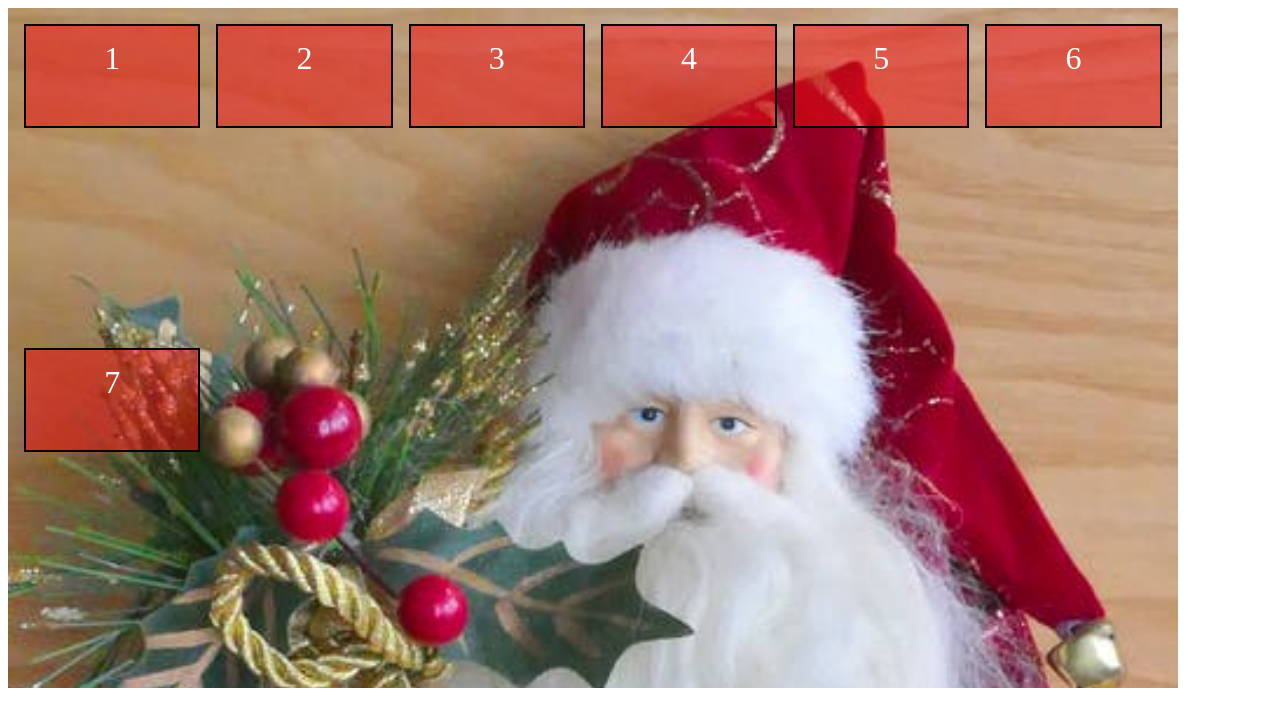
Repository: hindrik40/julprogram-js
Page: advent.html
These files come from the project's save history. The page is drawn as it stood at one moment and after the next save; the edit follows.
The browser window is 1280 px wide. The pictures show the whole page.

Above is the page before, as saved 2021-12-30 16:25:10.

### advent.html
<!DOCTYPE html>
<html lang="en">
<head>
    <meta charset="UTF-8">
    <meta http-equiv="X-UA-Compatible" content="IE=edge">
    <meta name="viewport" content="width=device-width, initial-scale=1.0">
    <link rel="stylesheet" href="advent.css">
    <title>julkalender drag and drop</title>
</head>
<body>
    <main id="adventCalender">


    </main>
    <script src="advent.js"></script>
</body>
</html>

### advent.css
main#adventCalender{
    width: 90%;
    height: 90vh;
    background-image: url(images/jul6.jpeg);
    background-size: cover;
    display: grid;
     grid-template-columns: repeat(6, 1fr);
    column-gap: 1rem;
    padding:1rem;
    /* grid-template-rows: repeat(3, 1fr); */
}
main div{
   min-width: 50px;
   min-height: 100px;
   height: 4rem;
    border:solid 2px rgb(12, 1, 1);
    background-color: rgba(245, 12, 12, 0.5);
    font-size:2rem;
    text-align: center;
    vertical-align: middle;
    line-height: 4rem;
    cursor: pointer;
    /* background-image: url(images/jul.gif); */
    background-size: 100%;
    color:white;


}

### advent.js
//!variabler luckor
//!DOM element
const adventCalender = document.getElementById("adventCalender");
//!variabler for the days in a array luckor med bilder
let doors = ["jul1.jpeg", "jul2.gif", "jul3.jpeg", "jul4.jpeg", "jul5.jpeg", "jul6.jpeg","jul7.gif"];
//!variabler for the days in a array luckor med bilder
//!Itererar igenom arrayen och skapa en räknare
let counter = 1;
doors.forEach((door) => {
    console.log(counter, door);
    //!skapa en div för varje bild
    let div = document.createElement("div");
    //!lägg till en siffra i elementet
    div.textContent = counter;
    //!Använd ett attribut för att kunna ändra bilden
    div.setAttribute("data-image", "images/" + door);
    div.setAttribute("draggable", "true");
    div.id = "n" + counter;

    //!Lägg till kalendern
    adventCalender.appendChild(div);

    counter++;
});
//!Hantera händelser

adventCalender.addEventListener('click', function (event) {
    console.log(event.target);
    //!vilken bild ska visas
    let image = event.target.getAttribute("data-image");
    console.log("image:", image);
    //visa bilden som backgrund
    //!Kontrollera att endast div element kan byta egenskaper

    if (event.target.tagName === "DIV") {
        event.target.style.backgroundImage = "url(" + image + ")";
    }
});


//Drag and drop
adventCalender.addEventListener('dragstart', function (event) {
    console.log("dragstart", event.target.id);
    //ange dataTransfer och aktuellt id
    event.dataTransfer.setData("text", event.target.id);
});

adventCalender.addEventListener('dragenter', function (event) {

    //!Visa att ett element är i fokus
    event.target.style.borderColor = " #ffff";
});
//!Dragleave-när ett element inte är i fokus
adventCalender.addEventListener('dragleave', function (event) {
    //!Visa att ett element inte är i fokus
    event.target.style.borderColor = "#0000";
});
//!Dragover visar händelse kontinueligt

adventCalender.addEventListener('dragover', function (event) {
    //!För att drop ska fungera måste vi tillåta drop
    event.preventDefault();

});

//!Drop släpp ett element och byt plats
//för att det ska fungera se till att eventet drag over har prevent default
adventCalender.addEventListener('drop', function (event) {
    console.log("drop", event.target);
    let draggedElementId = event.dataTransfer.getData("text");
    let draggedElement = document.getElementById(draggedElementId);
    let targetElementId = event.target.id;
    let targetElement = document.getElementById(targetElementId);
    //!Dags att flytta element med metoden insert before
    let parentElement = targetElement.parentElement;
    if (parentElement.nodeName === "MAIN") {
        parentElement.insertBefore(draggedElement, targetElement);
    }


});

After the next save:
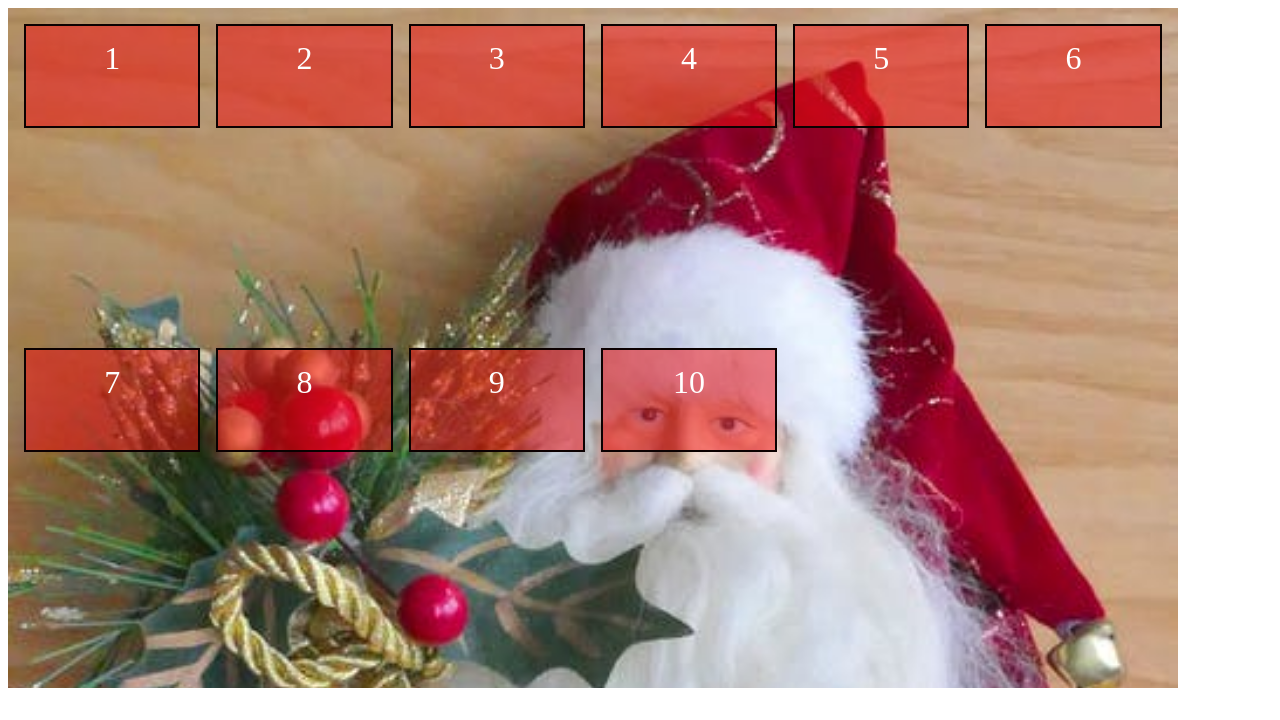
Saved 3 min 12 s later.
--- a/advent.js
+++ b/advent.js
@@ -2,7 +2,7 @@
 //!DOM element
 const adventCalender = document.getElementById("adventCalender");
 //!variabler for the days in a array luckor med bilder
-let doors = ["jul1.jpeg", "jul2.gif", "jul3.jpeg", "jul4.jpeg", "jul5.jpeg", "jul6.jpeg","jul7.gif"];
+let doors = ["jul1.jpeg", "jul2.gif", "jul3.jpeg", "jul4.jpeg", "jul5.jpeg", "jul6.jpeg","jul7.gif","jul8.gif","jul9.gif","jul10.gif"];
 //!variabler for the days in a array luckor med bilder
 //!Itererar igenom arrayen och skapa en räknare
 let counter = 1;
